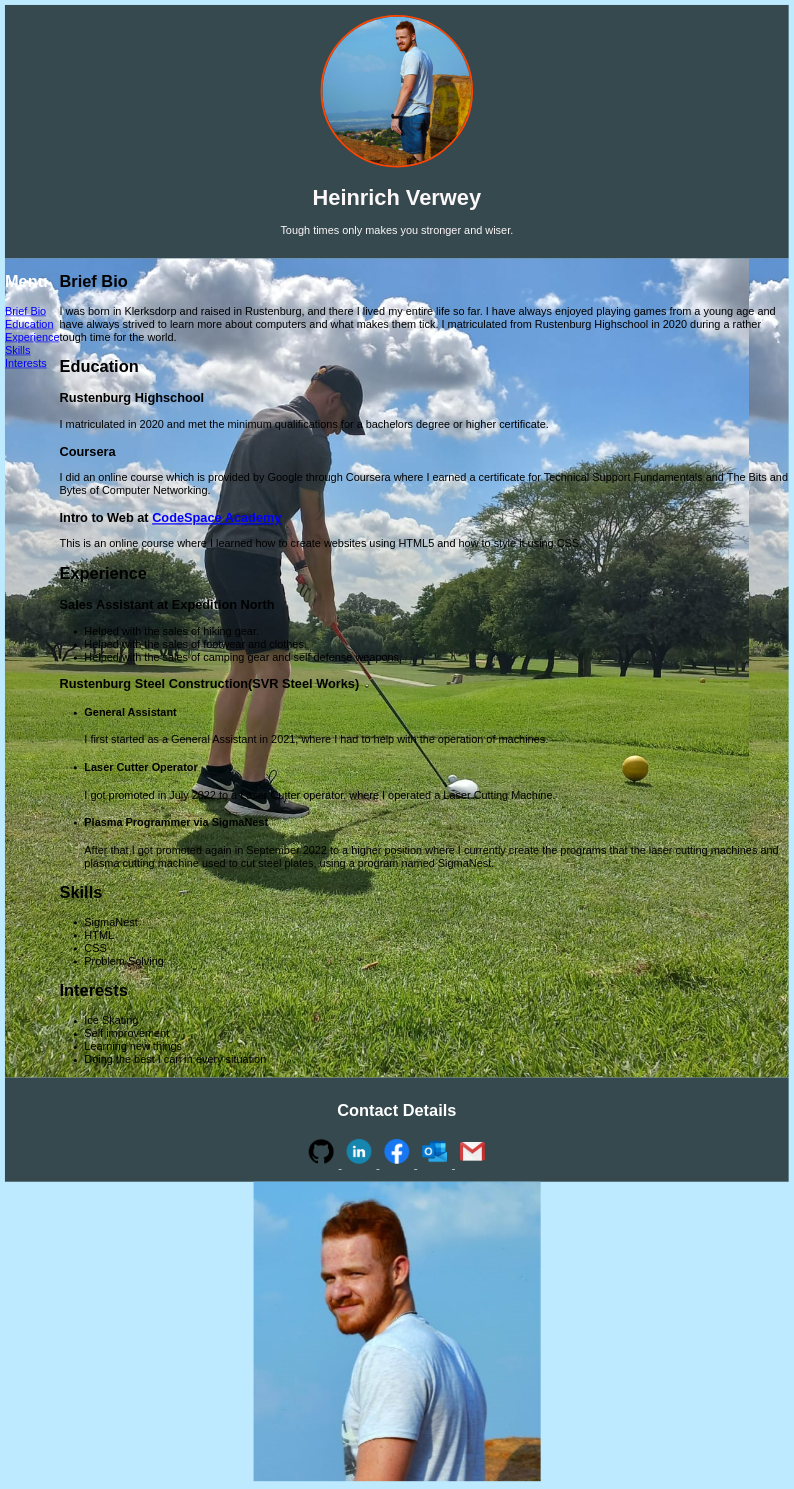
Repository: W3asl3y/IntroToWebDesign
Page: index.html
The author's editor kept a copy of each file at every save. The page is drawn from the files as they stood at one save, then again after the next save.
The browser window is 1280 px wide. The pictures show the whole page, at 62% of full size.

Above is the page before, as saved 2022-12-01 19:29:35.

After the next save:
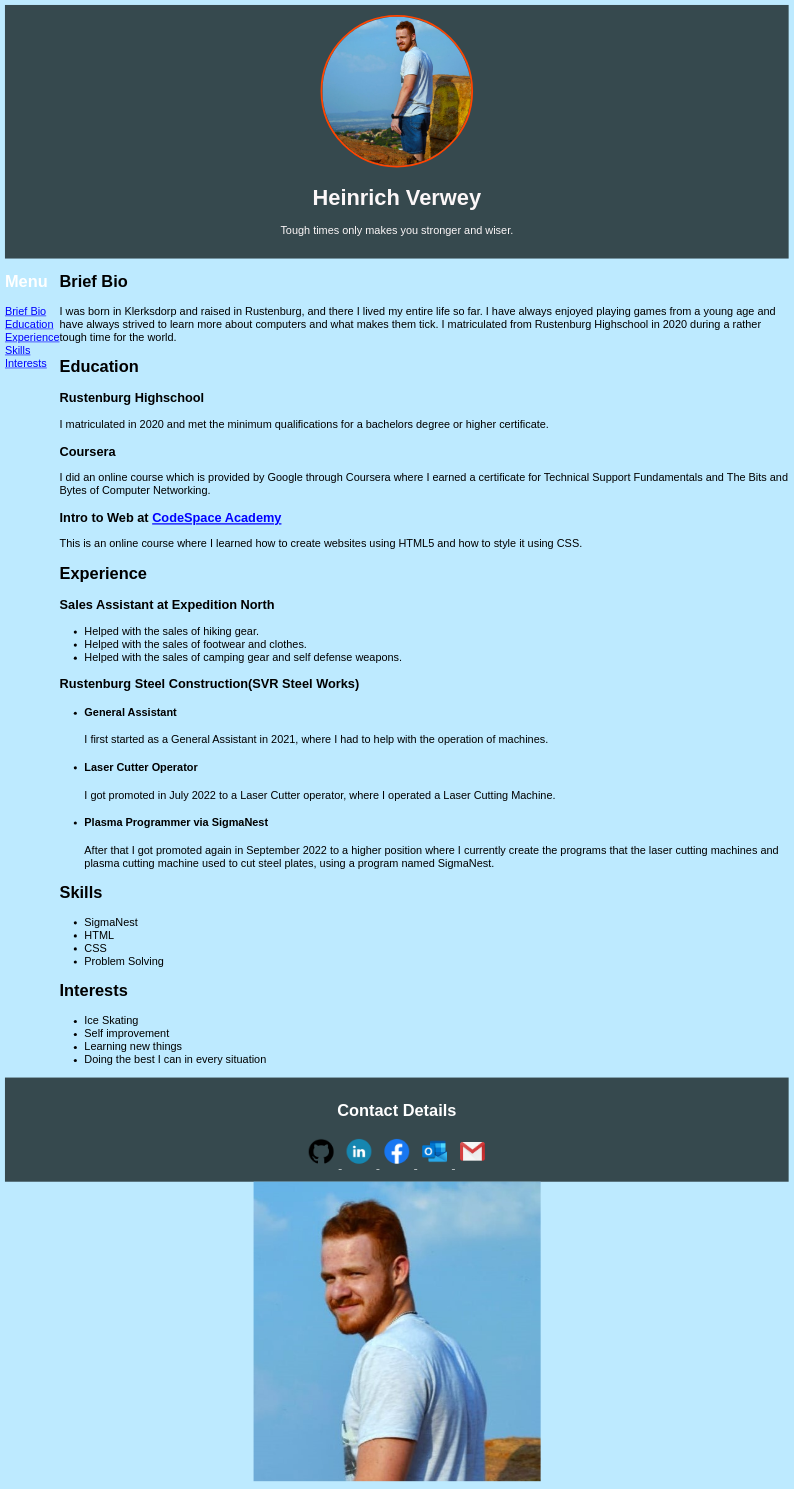
Saved 64 s later.
--- a/index.html
+++ b/index.html
@@ -21,7 +21,7 @@
                 Tough times only makes you stronger and wiser.
             </p>
         </header>
-        <div class="backgroundImage">
+        <div>
         <main>
             <div class="sidebar">
                 <nav>
